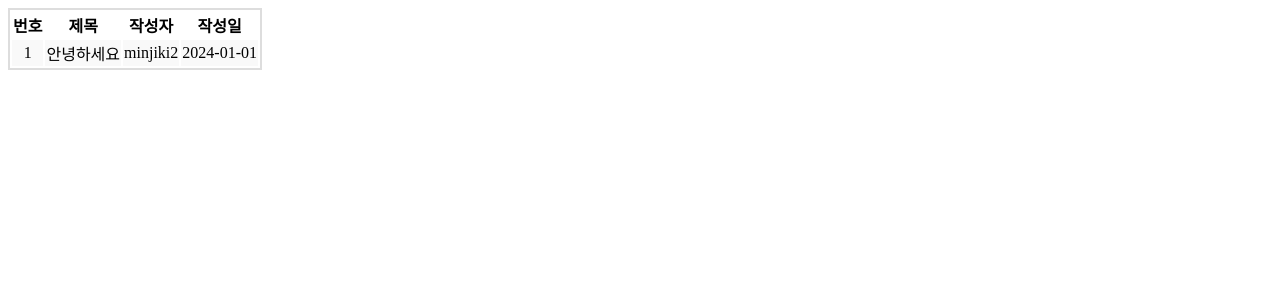
Repository: minjikimkim2222/BBS
Page: http://localhost/BBS/bbs.jsp
These files come from the project's save history. The page is drawn as it stood at one moment and after the next save; the edit follows.
The browser window is 1280 px wide. The pictures show the whole page.
The page is served by Tomcat 9. Other server files are loaded and not shown.

Above is the page before, as saved 2024-01-01 12:48:23.

### BBS/src/main/webapp/bbs.jsp
<%@ page language="java" contentType="text/html; charset=UTF-8"
    pageEncoding="UTF-8"%>
<!DOCTYPE html>
<html>
<head>

	<meta HTTP-EQUIV="content-type" CONTENT="text/html; CHARSET=UTF-8" charset = "UTF-8"> <!--  클라이언트 문자 인코딩 방식  -->
	<meta name="viewport" content="width=device-width, initial-scale=1.0">
	<link rel = "stylesheet" href = "css/bootstrap.css">

	<title>bbs 게시판 화면</title>
</head>
<body>

<!-- 게시판 메인 페이지 영역 시작  -->

	<div class = "container">
		<div class = "row">
			<table class = "table table-striped" style = "text-align : center; border : 2px solid #dddddd">
				<thead>
					<tr>
						<th style = "backgroud-color : #eeeeee; text-align : center;" >번호</th>
						<th style = "backgroud-color : #eeeeee; text-align : center;">제목</th>
						<th style = "backgroud-color : #eeeeee; text-align : center;">작성자</th>
						<th style = "backgroud-color : #eeeeee; text-align : center;">작성일</th>
					</tr>
				</thead>
				<tbody>
					<tr>
						<td>1</td>
						<td>안녕하세요</td>
						<td>minjiki2</td>
						<td>2024-01-01</td>
					</tr>
				</tbody>
			</table>
		</div>
	</div>
</body>
</html>

### BBS/src/main/webapp/css/bootstrap.css
@charset "UTF-8";

.form-group {
  margin-bottom: 20px;
}

.form-control {
  display: block;
  width: 100%;
  height: 40px;
  padding: 10px 15px;
  font-size: 14px;
  line-height: 1.42857143;
  color: #555;
  background-color: #fff;
  background-image: none;
  border: 1px solid #ccc;
  border-radius: 4px;
  -webkit-box-shadow: inset 0 1px 1px rgba(0, 0, 0, .075);
          box-shadow: inset 0 1px 1px rgba(0, 0, 0, .075);
  -webkit-transition: border-color ease-in-out .15s, -webkit-box-shadow ease-in-out .15s;
       -o-transition: border-color ease-in-out .15s, box-shadow ease-in-out .15s;
          transition: border-color ease-in-out .15s, box-shadow ease-in-out .15s;
  box-sizing: border-box; /* 추가된 부분 */
}

.container {
  padding-right: 15px;
  padding-left: 15px;
  margin-right: auto;
  margin-left: auto;
}

.jumbotron {
  padding-top: 30px;
  padding-bottom: 30px;
  margin-bottom: 30px;
  color: inherit;
  background-color: #eee;
  box-sizing: border-box; /* 추가된 부분 */
}

.col-lg-4 {
  width: 33.33333333%;
}


.col-lg-5 {
    width: 41.66666667%;
}

/* 게시판 기능 추가 이후 */
.row {
  margin-right: -15px;
  margin-left: -15px;
}

table {
  background-color: transparent;
}

.table-striped > tbody > tr:nth-of-type(odd) {
  background-color: #f9f9f9;
}

After the next save:
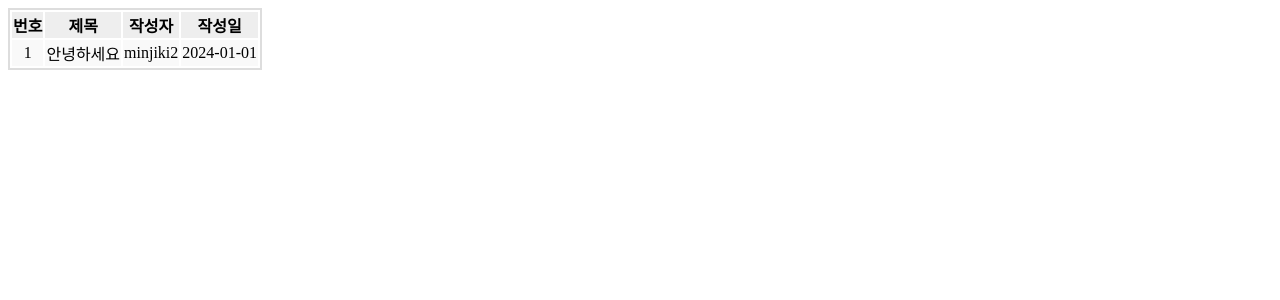
Saved 105 s later.
--- a/BBS/src/main/webapp/bbs.jsp
+++ b/BBS/src/main/webapp/bbs.jsp
@@ -19,10 +19,10 @@
 			<table class = "table table-striped" style = "text-align : center; border : 2px solid #dddddd">
 				<thead>
 					<tr>
-						<th style = "backgroud-color : #eeeeee; text-align : center;" >번호</th>
-						<th style = "backgroud-color : #eeeeee; text-align : center;">제목</th>
-						<th style = "backgroud-color : #eeeeee; text-align : center;">작성자</th>
-						<th style = "backgroud-color : #eeeeee; text-align : center;">작성일</th>
+						<th style = "background-color : #eeeeee; text-align : center;" >번호</th>
+						<th style = "background-color : #eeeeee; text-align : center;">제목</th>
+						<th style = "background-color : #eeeeee; text-align : center;">작성자</th>
+						<th style = "background-color : #eeeeee; text-align : center;">작성일</th>
 					</tr>
 				</thead>
 				<tbody>
